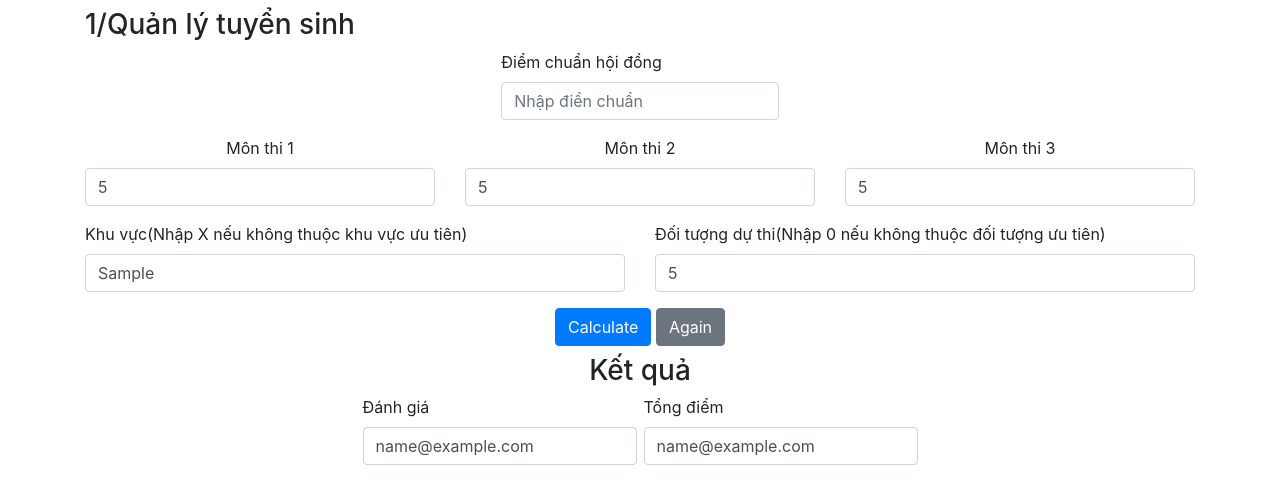
Repository: baobaodeveloper/bootcamp21__jsbasic4_HuynhAnhBao
Page: index.html
The author's editor kept a copy of each file at every save. The page is drawn from the files as they stood at one save, then again after the next save.
The browser window is 1280 px wide. The pictures show the whole page.
Empty fields were first filled with sample values (such as "Sample", 5 or name@example.com).
After loading, the first visible `#score-btn-again` was clicked once.

Above is the page before, as saved 2022-03-13 18:52:13.

### index.html
<!DOCTYPE html>
<html lang="en">
  <head>
    <title>Exercise3</title>
    <!-- Required meta tags -->
    <meta charset="utf-8" />
    <meta
      name="viewport"
      content="width=device-width, initial-scale=1, shrink-to-fit=no"
    />

    <!-- Bootstrap CSS -->
    <link
      rel="stylesheet"
      href="https://stackpath.bootstrapcdn.com/bootstrap/4.3.1/css/bootstrap.min.css"
      integrity="sha384-ggOyR0iXCbMQv3Xipma34MD+dH/1fQ784/j6cY/iJTQUOhcWr7x9JvoRxT2MZw1T"
      crossorigin="anonymous"
    />
  </head>
  <body>
    <!-- 1/Quản lý tuyển sinh -->
    <div class="container mt-2">
      <h3>1/Quản lý tuyển sinh</h3>

      <div class="mb-3 w-25 m-auto">
        <label>Điểm chuẩn hội đồng</label>
        <input
          type="email"
          class="form-control"
          id="score"
          placeholder="Nhập điển chuẩn"
        />
      </div>

      <div class="row mt-3 text-center">
        <div class="col">
          <label>Môn thi 1</label>
          <input
            type="number"
            class="form-control"
            id="score1"
            placeholder="Enter score subjects 1"
          />
        </div>
        <div class="col">
          <label>Môn thi 2</label>
          <input
            type="number"
            class="form-control"
            id="score2"
            placeholder="Enter score subjects 2"
          />
        </div>
        <div class="col">
          <label>Môn thi 3</label>
          <input
            type="number"
            class="form-control"
            id="score3"
            placeholder="Enter score subjects 3"
          />
        </div>
      </div>

      <div class="row mt-3">
        <div class="col">
          <label>Khu vực(Nhập X nếu không thuộc khu vực ưu tiên)</label>
          <input
            type="text"
            class="form-control"
            placeholder="Nhập khu vực A, B, C"
            id="area"
          />
        </div>
        <div class="col">
          <label
            >Đối tượng dự thi(Nhập 0 nếu không thuộc đối tượng ưu tiên)</label
          >
          <input
            type="number"
            class="form-control"
            placeholder="Nhập đối tượng dự thi 1, 2 , 3"
            id="object"
          />
        </div>
      </div>

      <div class="text-center mt-3">
        <button type="button" class="btn btn-primary" id="scoreBtn">
          Calculate
        </button>
        <button type="button" class="btn btn-secondary" id="score-btn-again">
          Again
        </button>
      </div>

      <h3 class="text-center mt-2">Kết quả</h3>

      <div class="mb-3 w-50 d-flex m-auto justify-content-between">
        <div>
          <label>Đánh giá</label>
          <input
            type="email"
            class="form-control"
            placeholder="Đánh giá"
            id="evaluate"
          />
        </div>

        <div>
          <label>Tổng điểm</label>
          <input
            type="email"
            class="form-control"
            placeholder="Tổng điểm"
            id="total-score"
          />
        </div>
      </div>
    </div>
    <!-- Optional JavaScript -->
    <!-- jQuery first, then Popper.js, then Bootstrap JS -->
    <script
      src="https://code.jquery.com/jquery-3.3.1.slim.min.js"
      integrity="sha384-q8i/X+965DzO0rT7abK41JStQIAqVgRVzpbzo5smXKp4YfRvH+8abtTE1Pi6jizo"
      crossorigin="anonymous"
    ></script>
    <script
      src="https://cdnjs.cloudflare.com/ajax/libs/popper.js/1.14.7/umd/popper.min.js"
      integrity="sha384-UO2eT0CpHqdSJQ6hJty5KVphtPhzWj9WO1clHTMGa3JDZwrnQq4sF86dIHNDz0W1"
      crossorigin="anonymous"
    ></script>
    <script
      src="https://stackpath.bootstrapcdn.com/bootstrap/4.3.1/js/bootstrap.min.js"
      integrity="sha384-JjSmVgyd0p3pXB1rRibZUAYoIIy6OrQ6VrjIEaFf/nJGzIxFDsf4x0xIM+B07jRM"
      crossorigin="anonymous"
    ></script>

    <script src="exercise1.js"></script>
  </body>
</html>

### exercise1.js
const score = document.getElementById("score");
const score1 = document.getElementById("score1");
const score2 = document.getElementById("score2");
const score3 = document.getElementById("score3");
const area = document.getElementById("area");
const objectStudent = document.getElementById("object");
const scoreBtn = document.getElementById("scoreBtn");
const scoreBtnAgain = document.getElementById("score-btn-again");
const evaluate = document.getElementById("evaluate");
const totalScore = document.getElementById("total-score");

scoreBtn.addEventListener("click", () => {
  //   if (!score.value || !score1.value || !score2.value || !score3.value) return;
  const scoreValue = +score.value;
  const score1Value = +score1.value;
  const score2Value = +score2.value;
  const score3Value = +score3.value;

  const scoreArea = areas();
  const scoreObjectStudent = objectStudents();

  const scoreTotalStudent =
    score1Value + score2Value + score3Value + scoreArea + scoreObjectStudent;

  if (scoreTotalStudent >= scoreValue) {
    evaluate.value = "Đạt";
  } else {
    evaluate.value = "Không Đạt";
  }
  totalScore.value = scoreTotalStudent;
});

const areas = () => {
  if (!area.value) return;
  const areaValue = area.value.toUpperCase();
  if (areaValue === "X") {
    return 0;
  } else if (areaValue === "A") {
    return 2;
  } else if (areaValue === "B") {
    return 1;
  } else if (areaValue === "C") {
    return 0.5;
  } else {
    return 0;
  }
};

const objectStudents = () => {
  if (!objectStudent) return;
  const objecStudenttValue = +object.value;

  if (objecStudenttValue === 0) {
    return 0;
  } else if (objecStudenttValue === 1) {
    return 2.5;
  } else if (objecStudenttValue === 2) {
    return 1.5;
  } else if (objecStudenttValue === 3) {
    return 1;
  } else {
    return 0;
  }
};

scoreBtnAgain.addEventListener("click", () => {
  score.value = "";
});

After the next save:
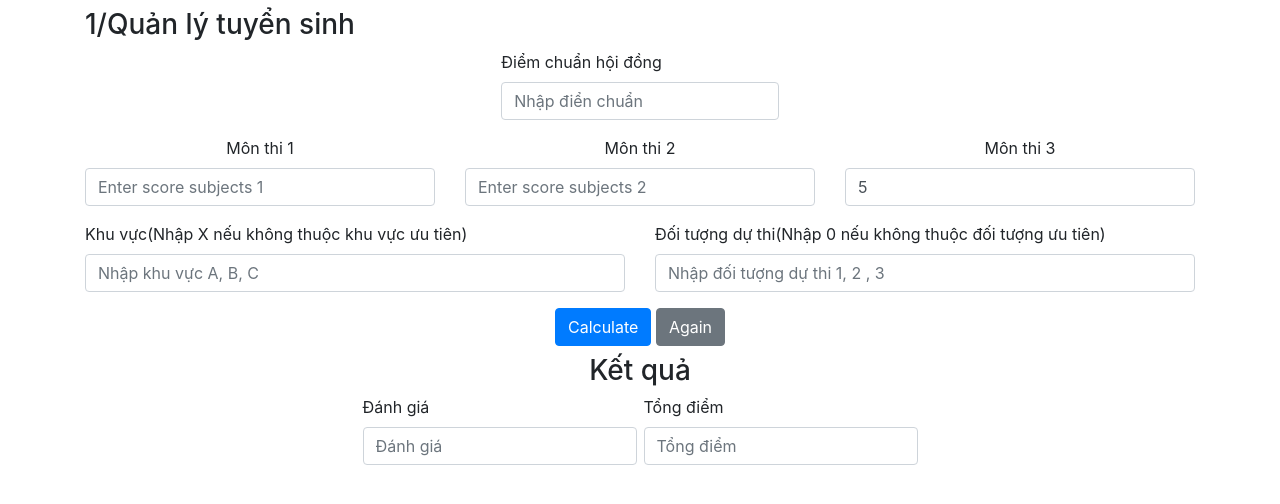
Saved 47 s later.
--- a/exercise1.js
+++ b/exercise1.js
@@ -65,4 +65,10 @@ const objectStudents = () => {
 
 scoreBtnAgain.addEventListener("click", () => {
   score.value = "";
+  score1.value = "";
+  score2.value = "";
+  area.value = "";
+  objectStudent.value = "";
+  totalScore.value = "";
+  evaluate.value = "";
 });
